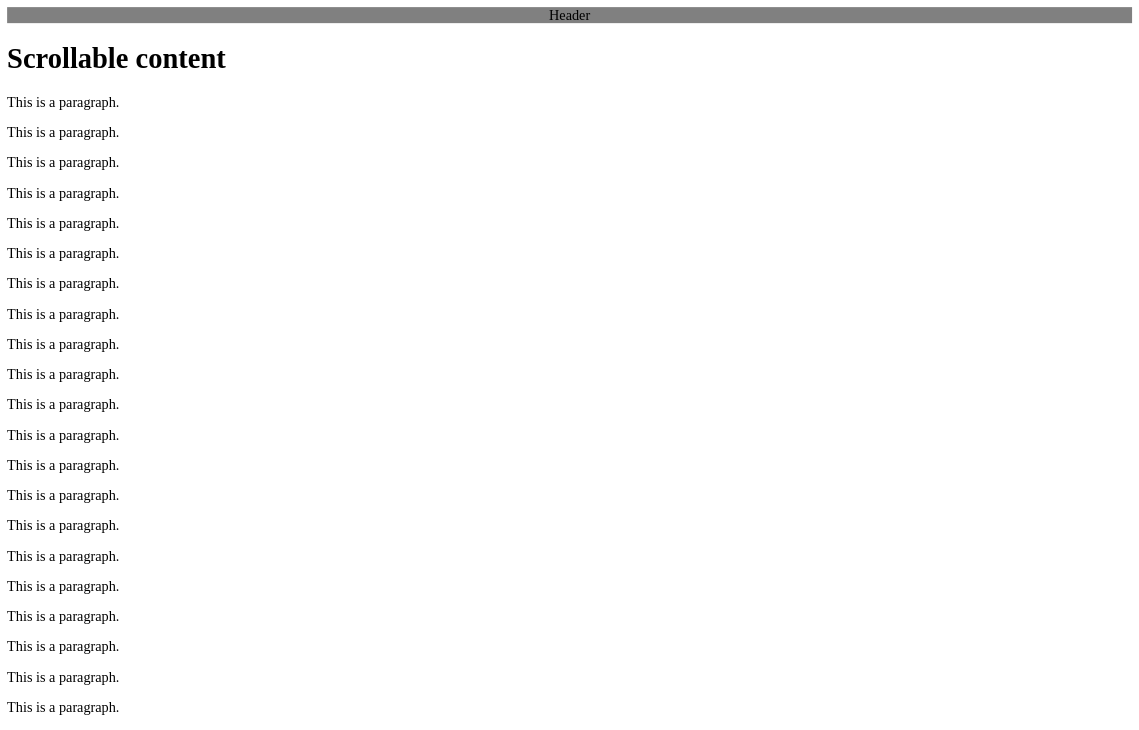
Repository: Sarah7223/internet-programming-tp
Page: TP1/ex9.html
The author's editor kept a copy of each file at every save. The page is drawn from the files as they stood at one save, then again after the next save.
The browser window is 1280 px wide. The pictures show the whole page, at 89% of full size.

Above is the page before, as saved 2022-12-26 15:46:45.

### TP1/ex9.html
<html>
    <head>
        <style>
            .header{
                background-color: grey;
                text-align: center;
            }
            body::-webkit-scrollbar {
                width: 1em;
            }
            body::-webkit-scrollbar-track {
                box-shadow: inset 0 0 6px rgba(0, 0, 0, 0.3);
            }
            body::-webkit-scrollbar-thumb {
                background-color: darkgrey;
                outline: 1px solid slategrey;
            }



        </style>
    </head>
    <body>
        <div class="container">
            <div class="header">
                Header
            </div>
            <div class="content">
                <h1>Scrollable content</h1>
                <p>This is a paragraph.</p>
                <p>This is a paragraph.</p>
                <p>This is a paragraph.</p>
                <p>This is a paragraph.</p>
                <p>This is a paragraph.</p>
                <p>This is a paragraph.</p>
                <p>This is a paragraph.</p>
                <p>This is a paragraph.</p>
                <p>This is a paragraph.</p>
                <p>This is a paragraph.</p>
                <p>This is a paragraph.</p>
                <p>This is a paragraph.</p>
                <p>This is a paragraph.</p>
                <p>This is a paragraph.</p>
                <p>This is a paragraph.</p>
                <p>This is a paragraph.</p>
                <p>This is a paragraph.</p>
                <p>This is a paragraph.</p>
                <p>This is a paragraph.</p>
                <p>This is a paragraph.</p>
                <p>This is a paragraph.</p>
            </div>
        </div>
    </body>
</html>

After the next save:
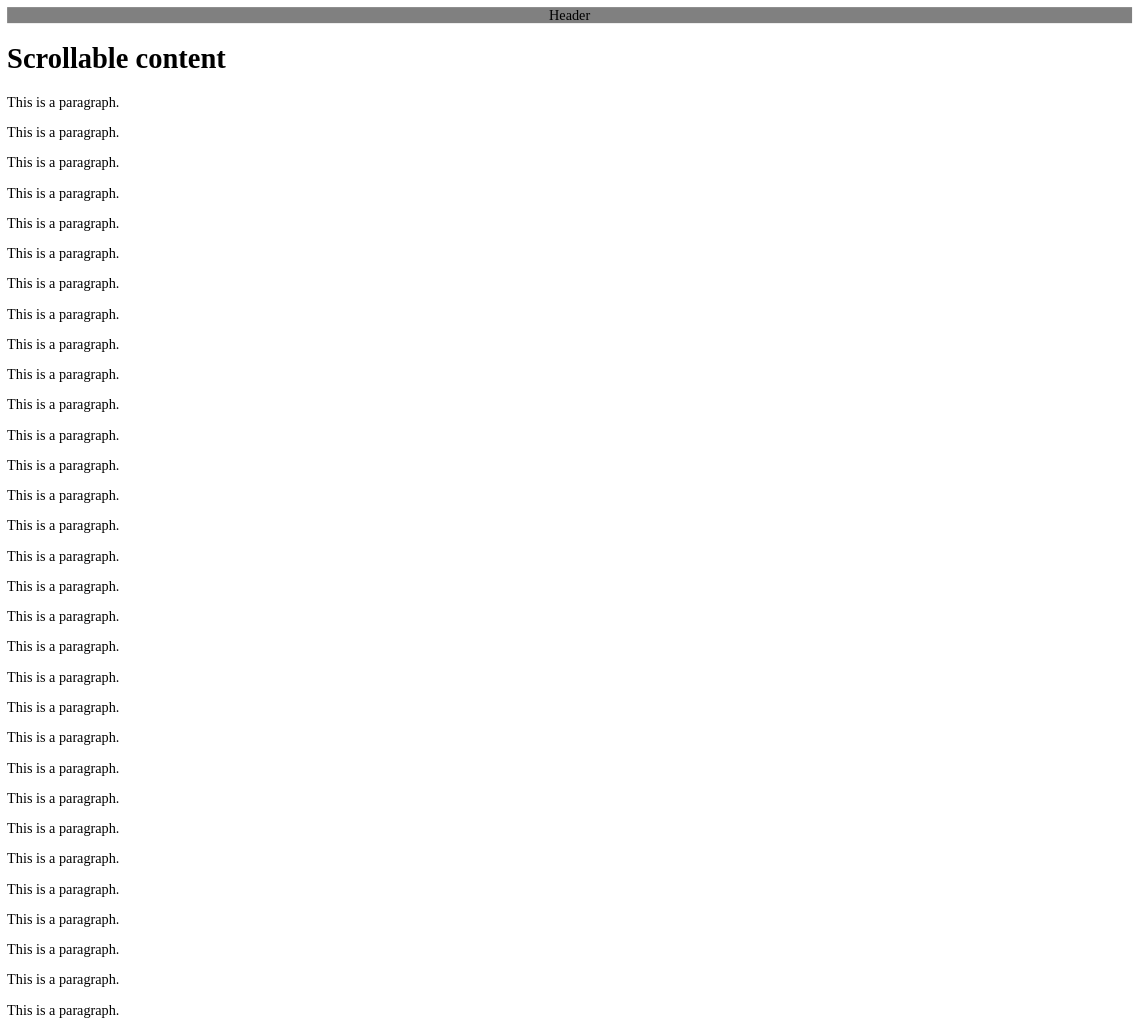
Saved 13 s later.
--- a/TP1/ex9.html
+++ b/TP1/ex9.html
@@ -48,6 +48,16 @@
                 <p>This is a paragraph.</p>
                 <p>This is a paragraph.</p>
                 <p>This is a paragraph.</p>
+                <p>This is a paragraph.</p>
+                <p>This is a paragraph.</p>
+                <p>This is a paragraph.</p>
+                <p>This is a paragraph.</p>
+                <p>This is a paragraph.</p>
+                <p>This is a paragraph.</p>
+                <p>This is a paragraph.</p>
+                <p>This is a paragraph.</p>
+                <p>This is a paragraph.</p>
+                <p>This is a paragraph.</p>
             </div>
         </div>
     </body>
